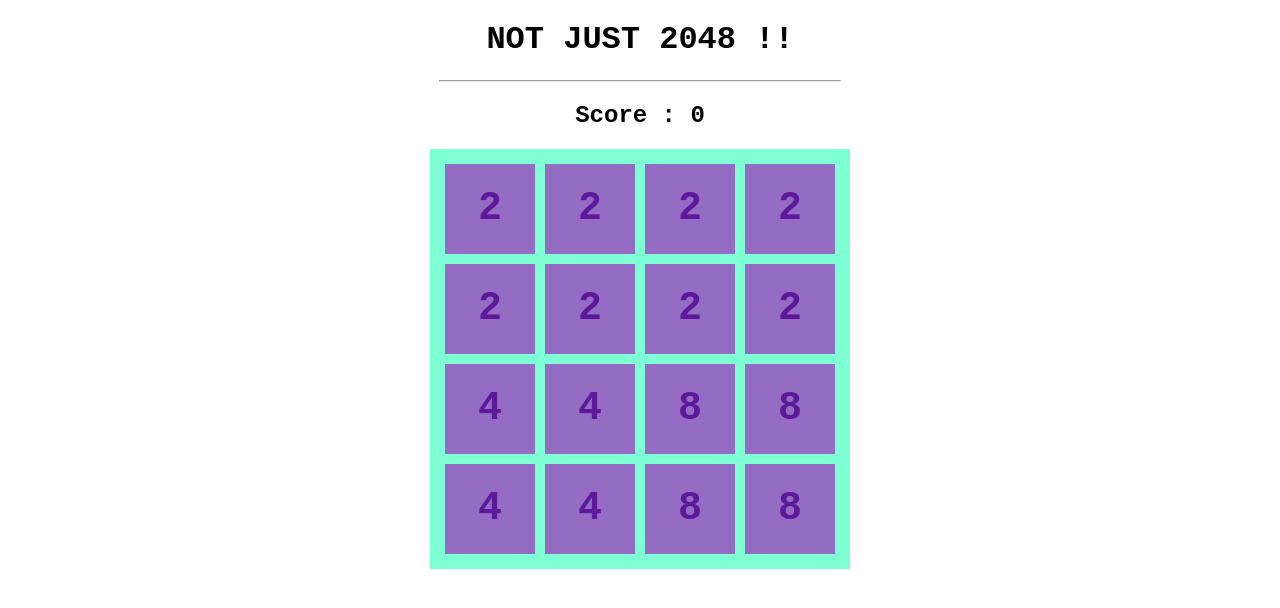
Repository: Prathamyadav1123/2048Game
Page: NotJust2048-main/2048.html
The author's editor kept a copy of each file at every save. The page is drawn from the files as they stood at one save, then again after a run of saves.
The browser window is 1280 px wide. The pictures show the whole page.

Above is the page before, as saved 2023-06-01 03:20:17.

### NotJust2048-main/2048.html
<!DOCTYPE html>
<html>
    <head>
        <title>
            2048 game
        </title>
        <link rel= "stylesheet" href="2048.css"/>
        <script src= "2048.js"></script>
    </head>
    <body>
        <h1> NOT JUST 2048 !! </h1>
        <hr>
        <h2> Score : <span id="score"> 0 </span></h2>
        <div id="board">

        </div>
    </body>
</html>

### NotJust2048-main/2048.css
body{
    font-family: 'Courier New', Courier, monospace;
    text-align: center;
}
hr{
    width: 400px;
}
#board{
    width: 400px;
    height: 400px;
    color: burlywood;
    background-color: rgb(52, 165, 120);
    border: 10px solid aquamarine;
    margin: 0 auto;
    display: flex;
    flex-wrap: wrap;
}
.tile{
    width:90px;
    height:90px;
    border:5px solid aquamarine;
    font-size: 40px;
    font-weight: bold;
    display: flex;
    justify-content: center;
    align-items: center;
}
.x2{
    background-color: rgb(148, 108, 196);
    color:rgb(92, 26, 154);;
}
.x4{
    background-color: rgb(148, 108, 196);
    color:rgb(92, 26, 154);;
}
.x8{
    background-color: rgb(148, 108, 196);
    color:rgb(92, 26, 154);;
}
.x16{
    background-color: rgb(148, 108, 196);
    color:rgb(92, 26, 154);;
}
.x32{
    background-color: rgb(148, 108, 196);
    color:rgb(92, 26, 154);;
}
.x64{
    background-color: rgb(148, 108, 196);
    color:rgb(92, 26, 154);;
}
.x128{
    background-color: rgb(148, 108, 196);
    color:rgb(92, 26, 154);;
}
.x256{
    background-color: rgb(148, 108, 196);
    color:rgb(92, 26, 154);;
}
.x512{
    background-color: rgb(148, 108, 196);
    color:rgb(92, 26, 154);;
}
.x1024{
    background-color: rgb(148, 108, 196);
    color:rgb(92, 26, 154);;
}
.x2048{
    background-color: rgb(148, 108, 196);
    color:rgb(92, 26, 154);;
}

### NotJust2048-main/2048.js
var board;
var score=0;
var  rows= 4;
var columns =4;
window.onload=function(){
    setGame();
}
function setGame(){
    board =[
        [2,2,2,2],
        [2,2,2,2],
        [4,4,8,8],
        [4,4,8,8]
    ]
    for(let r= 0;r<rows;r++){
        for(let c=0;c<columns;c++){
            let tile = document.createElement("div");
            tile.id = r.toString() + "-"  + c.toString();
            let num = board[r][c];
            updateTile(tile, num);
            document.getElementById("board").append(tile);
        }
    }
}
function updateTile(tile, num){
    tile.innerText="";
    tile.classList.value="";
    tile.classList.add("tile");
    if(num> 0){
        tile.innerText = num;
        if(num <= 2048){
            tile.classList.add("x"+num.toString());
        }
        else{
            tile.classList.add("x2048");
        }
    }
}
 document.addEventListener("keyup", (e)=>{

 })

After the next 6 saves:
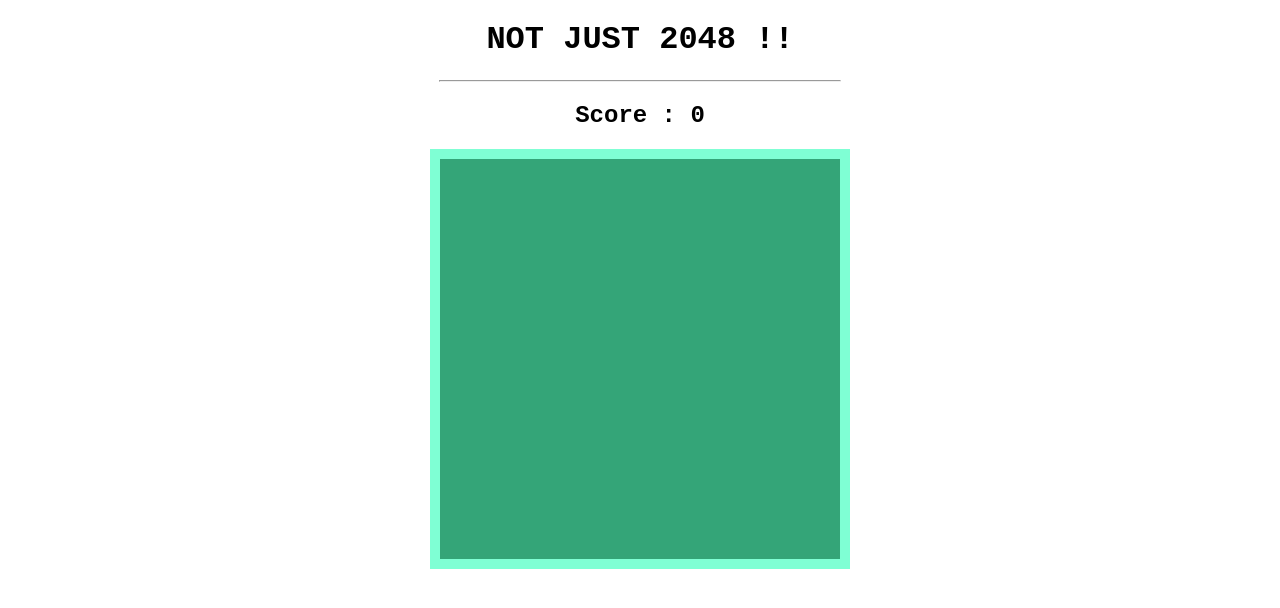
Console error: SyntaxError: Unexpected token '}'
The 6 saves are shown as one change because they came seconds apart.
The last was saved 17 s later.
--- a/NotJust2048-main/2048.js
+++ b/NotJust2048-main/2048.js
@@ -37,5 +37,5 @@
     }
 }
  document.addEventListener("keyup", (e)=>{
-
+    if(e.code == "ArrowLeft")
  })

After the save that followed:
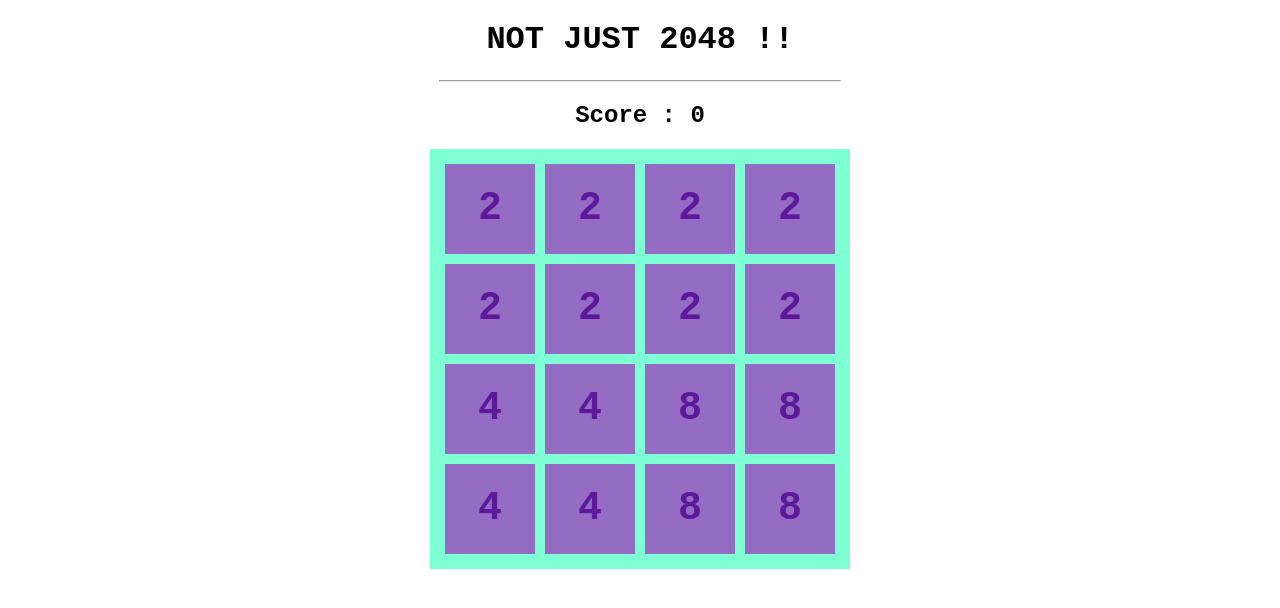
The error is gone.
Saved 6 s later.
--- a/NotJust2048-main/2048.js
+++ b/NotJust2048-main/2048.js
@@ -37,5 +37,7 @@
     }
 }
  document.addEventListener("keyup", (e)=>{
-    if(e.code == "ArrowLeft")
+    if(e.code == "ArrowLeft"){
+
+    }
  })
